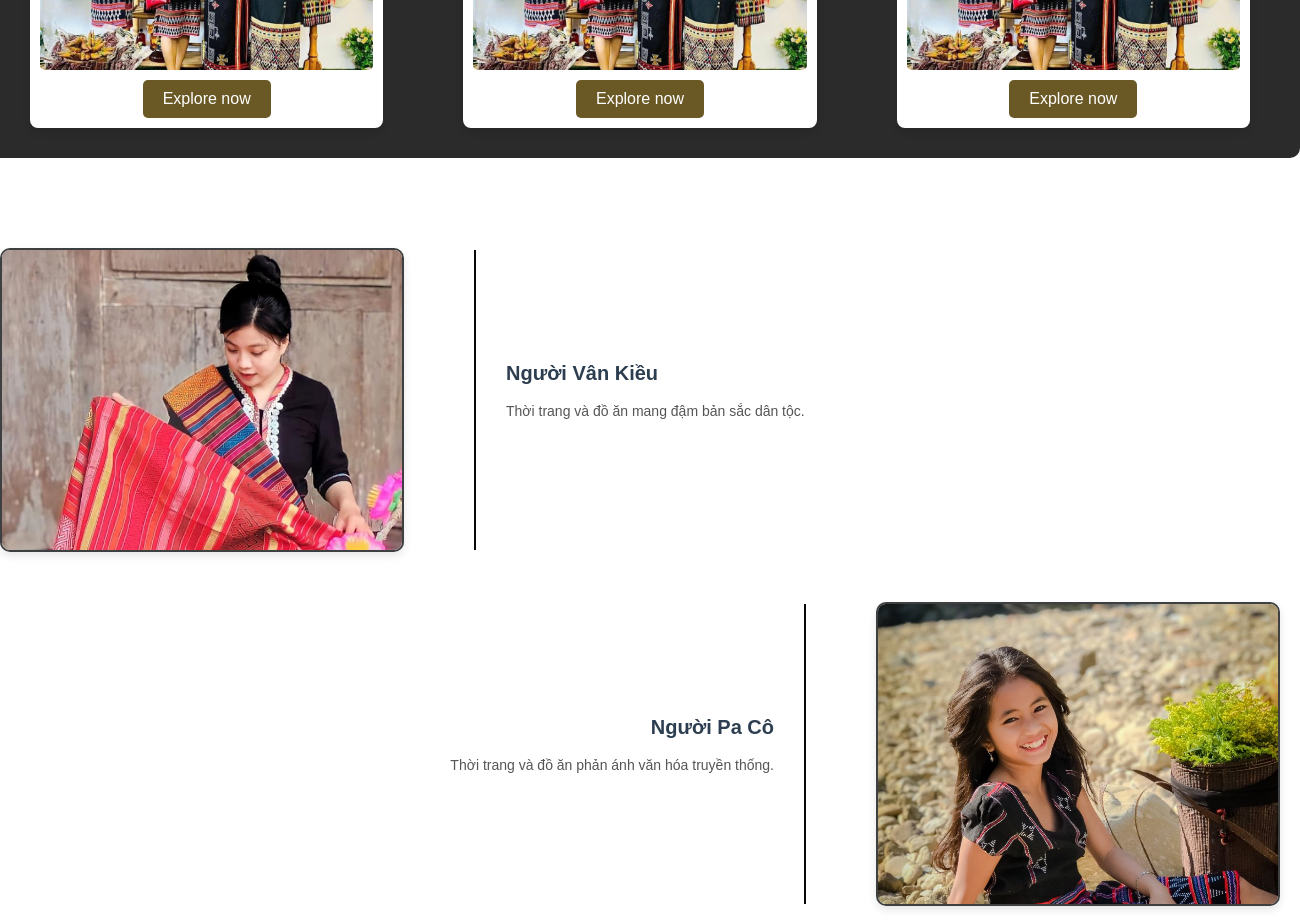
Repository: DangVai/LocalProduct
Page: Views/frontend/test.html
The author's editor kept a copy of each file at every save. The page is drawn from the files as they stood at one save, then again after a run of saves.
The browser window is 1280 px wide. The page is 1300 px wide, so the pictures cover 1300 px, including what lies to the right of the window. The pictures show the part of the page from y = 1233 to 2157 px (the page is 2209 px tall).
Pictures or frames that could not be fetched are drawn as grey boxes.

Above is the page before, as saved 2024-12-19 10:59:28.

### Views/frontend/test.html
<!DOCTYPE html>
<html lang="en">

<head>
    <meta charset="UTF-8">
    <meta name="viewport" content="width=device-width, initial-scale=1.0">
    <title>Dynamic Banner</title>
    <style>
        body {
            margin: 0;
            font-family: Arial, sans-serif;
        }

        .container-Home {
            background-color: white;
            width: 100%;
            min-height: 100vh;
            display: flex;
            flex-direction: column;
            align-items: center;
        }

        .text-run {
            width: 100%;
            height: 50px;
            overflow: hidden;
            background: rgb(113, 74, 74);
            white-space: nowrap;
            box-sizing: border-box;
            margin-bottom: 0px;
            text-align: center;
        }

        .text-run span {
            display: inline-block;
            padding-left: 100%;
            animation: marquee 10s linear infinite;
            font-size: 15px;
            padding-top: 18px;
            font-weight: bold;
            color: white;
        }

        @keyframes marquee {
            0% {
                transform: translateX(0);
            }
            100% {
                transform: translateX(-100%);
            }
        }

        .banner {
            position: relative;
            width: 100%;
            height: 600px;
            display: flex;
            justify-content: center;
            align-items: center;
        }

        .banner img {
            width: 100%;
            height: 100%;
            object-fit: cover;
            box-shadow: 10px 10px 15px rgba(0, 0, 0, 0.5);
        }

        .img-sliders {
            width: 100%;
            height: 250px;
            margin-top: 20px;
            margin-bottom: 20px;
            display: flex;
            justify-content: space-between;
            gap: 15px;
        }

        .slider-container {
            flex: 1;
            overflow: hidden;
            border: 2px solid #ddd;
            border-radius: 10px;
        }

        .slides {
            display: flex;
            transition: transform 0.5s ease-in-out;
        }

        .slide {
            width: 100%;
            flex-shrink: 0;
            object-fit: cover;
        }

        .header {
            top: 0;
            left: 0;
            display: flex;
            width: 100%;
            height: 200px;
            align-items: center;
            position: fixed;
            z-index: 4;
            box-shadow: 0 6px 8px rgba(0, 0, 0, 0.1);
            background-color: white;
        }

        .box_logo {
            width: 20%;
            display: flex;
            align-items: center;
        }

        .box_logo img {
            position: absolute;
            top: 10px;
            left: 30px;
            width: 170px;
            height: 160px;
            z-index: 10;
            margin-right: 100px;
        }

        .nav {
            width: 40%;
            height: 45%;
            display: flex;
            margin-right: 200px;
            justify-content: center;
            align-items: center;
            justify-content: space-evenly;
            border-radius: 10px;
            font-size: 40px;
            color: black;
            box-shadow: 0 6px 8px rgba(0, 0, 0, 0.1);
            background-color: rgba(163, 116, 116, 0.667);
        }

        .nav p {
            cursor: pointer;
        }

        .nav p:hover {
            font-size: 30px;
        }
        /* Sreach  */

        .searchHome {
            display: flex;
            align-items: center;
            justify-content: center;
            background-color: white;
            border: 2px black solid;
            box-shadow: 0 6px 8px rgba(0, 0, 0, 0.1);
            padding: 10px;
            border-radius: 20px;
            width: 450px;
            height: 20%;
        }

        .searchInput {
            flex: 1;
            border: none;
            padding: 5px 10px;
            font-size: 30px;
            outline: none;
        }

        .searchButton {
            border: none;
            background-color: #ffffff;
            color: white;
            padding: 5px 15px;
            border-radius: 0 5px 5px 0;
            cursor: pointer;
            height: 40px;
            width: 40px;
        }

        .searchButton:hover {
            background-color: #fcfeff;
        }
        /* end search */

        .account {
            width: 4%;
            display: flex;
            align-items: center;
            justify-content: center;
        }

        .box-account {
            border: 2px solid rgb(6, 6, 6);
            width: 70px;
            height: 50px;
            display: flex;
            align-items: center;
            justify-content: center;
            border-radius: 50%;
            margin-left: 100px;
        }

        .box-account i {
            font-size: 35px;
            color: white;
            cursor: pointer;
        }

        a {
            text-decoration: none;
            color: #fff;
        }

        .categories {
            width: 100%;
            display: flex;
            justify-content: space-between;
            gap: 20px;
            margin: 20px;
            background-color: #2b2b2b;
            padding: 20px;
            border-radius: 10px;
        }

        .page {
            flex: 1;
            background-color: white;
            border-radius: 8px;
            padding: 10px;
            margin: 10px 30px 10px 30px;
            box-shadow: 0 4px 8px rgba(0, 0, 0, 0.1);
            text-align: center;
        }

        .page p {
            font-size: 20px;
            font-weight: bold;
            margin-bottom: 10px;
            color: #6b5925;
        }

        .slider {
            position: relative;
            display: flex;
            align-items: center;
            margin-bottom: 10px;
        }

        .images {
            display: flex;
            overflow: hidden;
            width: 100%;
            gap: 25px;
        }

        .images img {
            width: 100%;
            height: 250px;
            /* margin-left: 0px; */
            object-fit: cover;
            border-radius: 5px;
        }

        button.explore-btn {
            background-color: #6b5925;
            color: white;
            border: none;
            padding: 10px 20px;
            font-size: 16px;
            border-radius: 5px;
            cursor: pointer;
        }

        button.explore-btn a {
            text-decoration: none;
            color: white;
        }

        button.explore-btn:hover {
            background-color: #52451d;
        }

        button.prev:hover,
        button.next:hover {
            background-color: #52451d;
        }
        /* Giới thiệu : */
        /* Bố cục chính */
        /* Tổng thể bố cục */

        .introduce {
            margin-top: 50px;
            width: 100%;
            display: flex;
            flex-direction: column;
            /* Chia theo chiều dọc */
            gap: 50px;
            /* Khoảng cách giữa các phần */
            padding: 20px;
            margin-bottom: 50px;
        }
        /* Phần chung cho vk và pc */

        .vk,
        .pc {
            display: flex;
            flex-direction: row;
            align-items: center;
            justify-content: space-between;
            gap: 20px;
            /* Khoảng cách giữa các thành phần trong vk hoặc pc */
            width: 100%;
        }
        /* Hình ảnh */

        .pc img {
            width: 400px;
            height: 300px;
            border-radius: 10px;
            border: 2px solid #3e3f40;
            object-fit: cover;
            /* Đảm bảo hình ảnh không bị méo */
            box-shadow: 0 4px 8px rgba(0, 0, 0, 0.1);
            margin-left: 50px
        }

        .vk img {
            width: 400px;
            height: 300px;
            border-radius: 10px;
            border: 2px solid #3e3f40;
            object-fit: cover;
            /* Đảm bảo hình ảnh không bị méo */
            box-shadow: 0 4px 8px rgba(0, 0, 0, 0.1);
            margin-right: 50px;
        }
        /* Gạch dọc */

        .vk .gach,
        .pc .gach {
            width: 2px;
            height: 300px;
            background-color: #070707;
        }

        .vk-text {
            flex: 1;
            padding: 0 10px;
            text-align: left;
        }

        .pc-text {
            flex: 1;
            padding: 0 10px;
            text-align: right;
        }

        .vk-text h3,
        .pc-text h3 {
            font-size: 20px;
            color: #2c3e50;
            margin: 0 0 10px;
        }

        .vk-text p,
        .pc-text p {
            font-size: 14px;
            color: #555;
            line-height: 1.8;
        }
        /* Đảm bảo phần giới thiệu không bị lỗi chiều cao */

        .vk,
        .pc {
            min-height: 300px;
        }
    </style>
</head>

<body>

    <div class="header">
        <!-- Logo -->
        <div class="box_logo">
            <img src="/public/images/logo.jpg" alt="logo">
        </div>

        <!-- Navigation Menu -->
        <div class="nav">
            <p><b>Home</b></p>
            <p><b>Thời Trang</b></p>
            <p><b>Ẩm thực</b></p>
            <p><b>Khác</b></p>
        </div>

        <!-- Search -->
        <div class="searchHome">
            <input type="text" placeholder="Tìm kiếm..." class="searchInput">
            <button class="searchButton">
                🔍
    </button>
        </div>

        <!-- User Account -->
        <div class="account">
            <div class="box-account">
                <i class="fa-regular fa-user"></i>
            </div>
        </div>

        <!-- User Name and Dropdown Menu -->
        <div class="name-user">
            <p>
                <p>John Doe</p>
            </p>
            <div class="dropdown-menu" id="account-menu">
                <div>
                    <a href="#"><i class="fas fa-user fa-sm fa-fw mr-2 text-gray-400"></i> Profile</a>
                </div>

                <div>
                    <a href="#"><i class="fas fa-sign-in-alt fa-sm fa-fw mr-2 text-gray-400"></i> Log in</a>
                </div>
                <div>
                    <a href="#"><i class="fas fa-sign-out-alt fa-sm fa-fw mr-2 text-gray-400"></i> Log out</a>
                </div>
            </div>
        </div>
    </div>

    <div class="container-Home">
        <!-- Chữ chạy -->
        <div class="text-run">
            <span>Chào mừng bạn đến với cửa hàng thời trang Vân Kiều và Pa Cô! Khám phá các sản phẩm đặc sắc ngay hôm nay!</span>
        </div>

        <!-- Banner -->
        <div class="banner">
            <img src="/public/images/Vân Kiều - Pa Cô.png" alt="Banner">
        </div>

        <!-- Các mục hình ảnh -->
        <div class="img-sliders">
            <!-- Slider 1 -->
            <div class="slider-container">
                <div class="slides" id="slider1">
                    <img src="/public/images/R.jpg" class="slide" alt="Slide 1">
                    <img src="/public/images/slide2.jpg" class="slide" alt="Slide 2">
                    <img src="/public/images/slide3.jpg" class="slide" alt="Slide 3">
                </div>
            </div>

            <!-- Slider 2 -->
            <div class="slider-container">
                <div class="slides" id="slider2">
                    <img src="/public/images/slide3.jpg" class="slide" alt="Slide 1">
                    <img src="/public/images/R.jpg" class="slide" alt="Slide 2">
                    <img src="/public/images/slide2.jpg" class="slide" alt="Slide 3">
                </div>
            </div>

            <!-- Slider 3 -->
            <div class="slider-container">
                <div class="slides" id="slider3">
                    <img src="/public/images/slide2.jpg" class="slide" alt="Slide 1">
                    <img src="/public/images/slide3.jpg" class="slide" alt="Slide 2">
                    <img src="/public/images/R.jpg" class="slide" alt="Slide 3">
                </div>
            </div>
        </div>
        <div class="categories">
            <div class="page">
                <p>National Costume</p>
                <div class="slider">
                    <div class="images">
                        <img src="/public/images/slide2.jpg" alt="Costume 1">
                    </div>
                </div>
                <button class="explore-btn"><a href="#">Explore now</a></button>
            </div>
            <div class="page">
                <p>Cuisine</p>
                <div class="slider">
                    <div class="images">
                        <img src="/public/images/slide2.jpg" alt="Cuisine 1">
                    </div>
                </div>
                <button class="explore-btn"><a href="#">Explore now</a></button>
            </div>
            <div class="page">
                <p>Other Products</p>
                <div class="slider">
                    <div class="images">
                        <img src="/public/images/slide2.jpg" alt="Other 1">
                    </div>
                </div>
                <button class="explore-btn"><a href="#">Explore now</a></button>
            </div>
        </div>
        <div class="introduce">
            <div class="vk">
                <img src="/public/images/Chị Huyền.jpg" alt="Người Vân Kiều" class="vkimg">
                <div class="gach"></div>
                <div class="vk-text">
                    <h3>Người Vân Kiều</h3>
                    <p>Thời trang và đồ ăn mang đậm bản sắc dân tộc.</p>
                </div>
            </div>
            <div class="pc">
                <div class="pc-text">
                    <h3>Người Pa Cô</h3>
                    <p>Thời trang và đồ ăn phản ánh văn hóa truyền thống.</p>
                </div>
                <div class="gach"></div>
                <img src="/public/images/khánh Huyền.jpg" alt="Người Pa Cô" class="pcimg">
            </div>
        </div>

    </div>


    <script>
        function autoSlide(sliderId) {
            const slides = document.querySelector(`#${sliderId}`);
            const totalSlides = slides.children.length;
            let currentSlide = 0;

            setInterval(() => {
                currentSlide = (currentSlide + 1) % totalSlides;
                const offset = -currentSlide * 100;
                slides.style.transform = `translateX(${offset}%)`;
            }, 3000); // Thay đổi ảnh sau mỗi 3 giây
        }

        autoSlide('slider1');
        autoSlide('slider2');
        autoSlide('slider3');
    </script>
</body>

</html>

After the next 4 saves:
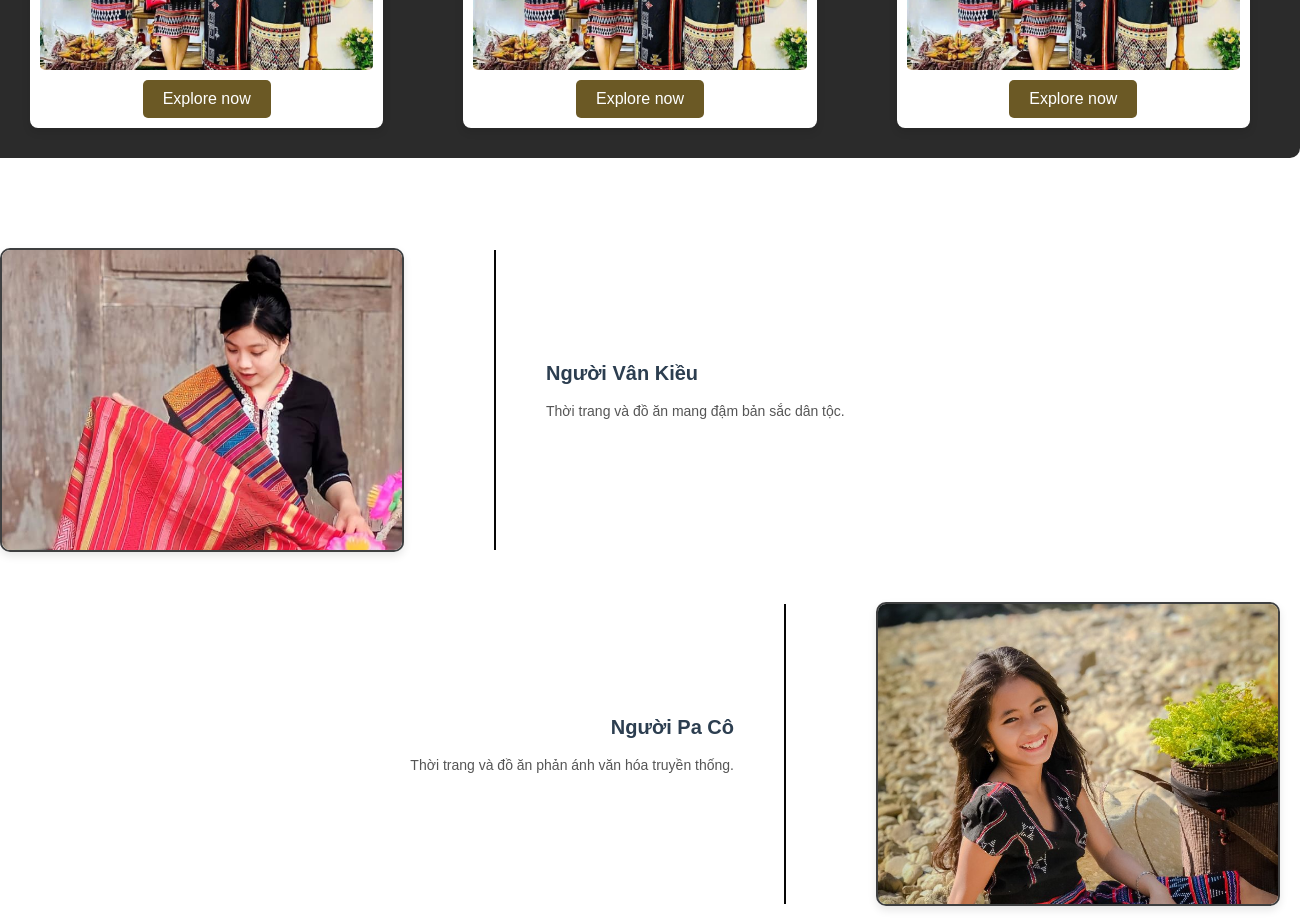
The 4 saves are shown as one change because they came seconds apart.
The last was saved 12 s later.
--- a/Views/frontend/test.html
+++ b/Views/frontend/test.html
@@ -309,8 +309,7 @@
             flex-direction: row;
             align-items: center;
             justify-content: space-between;
-            gap: 20px;
-            /* Khoảng cách giữa các thành phần trong vk hoặc pc */
+            gap: 40px;
             width: 100%;
         }
         /* Hình ảnh */
